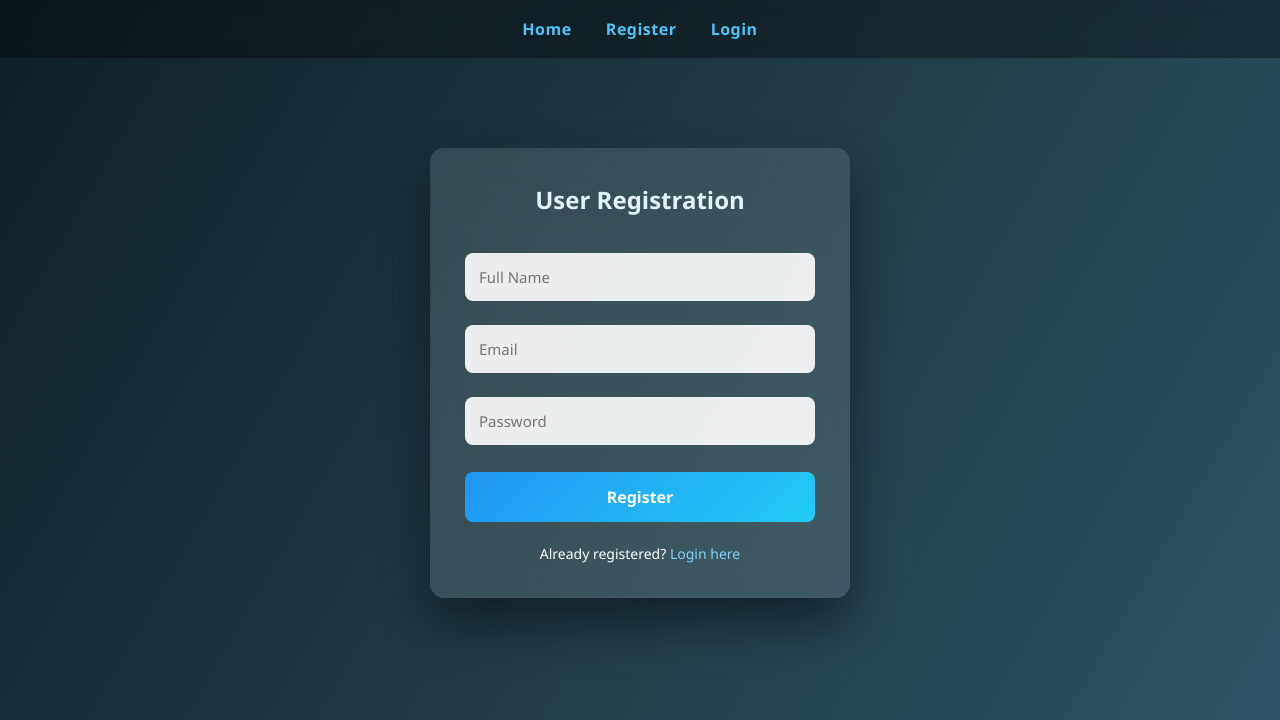
Repository: Sanjaya1822/Campus-Exchange
Page: http://localhost/CampusExchange/register.jsp
These files come from the project's save history. The page is drawn as it stood at one moment and after the next save; the edit follows.
The browser window is 1280 px wide. The pictures show the whole page.
The page is served by Tomcat 9.

Above is the page before, as saved 2026-01-30 17:56:52.

After the next save:
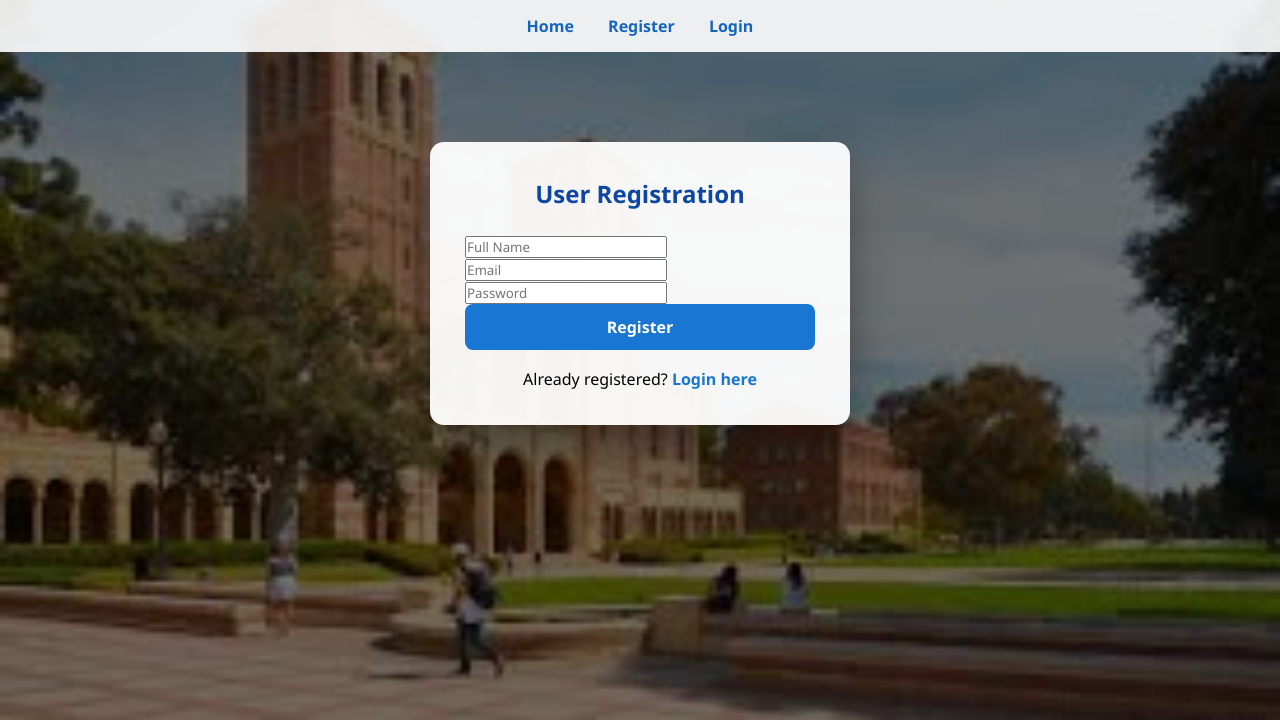
Saved 3 min 55 s later.
--- a/CampusExchange/src/main/webapp/css/style.css
+++ b/CampusExchange/src/main/webapp/css/style.css
@@ -1,110 +1,148 @@
-/* ===== RESET ===== */
+/* ================= RESET ================= */
 * {
     margin: 0;
     padding: 0;
     box-sizing: border-box;
-    font-family: "Segoe UI", Tahoma, sans-serif;
+    font-family: "Segoe UI", Arial, sans-serif;
 }
 
-/* ===== BACKGROUND (DARK GRADIENT) ===== */
+/* ================= BACKGROUND IMAGE + OVERLAY ================= */
 body {
     min-height: 100vh;
-    background: linear-gradient(
-        120deg,
-        #0f2027,
-        #203a43,
-        #2c5364
-    );
-    color: #ffffff;
+    background:
+        linear-gradient(rgba(0, 0, 0, 0.55), rgba(0, 0, 0, 0.55)),
+        url("../images/bg.jpg") no-repeat center center / cover;
+    display: flex;
+    flex-direction: column;
+    align-items: center;
 }
 
-/* ===== NAVBAR ===== */
+/* ================= NAVBAR ================= */
 .navbar {
     width: 100%;
-    padding: 18px;
+    padding: 15px;
     text-align: center;
-    background: rgba(0, 0, 0, 0.35);
-    backdrop-filter: blur(8px);
+    background: rgba(255,255,255,0.9);
+    backdrop-filter: blur(6px);
 }
 
 .navbar a {
-    color: #4fc3f7;
+    margin: 0 15px;
     text-decoration: none;
-    margin: 0 15px;
+    color: #1565c0;
     font-weight: 600;
-    letter-spacing: 0.5px;
 }
 
-.navbar a:hover {
-    color: #ffffff;
+/* ================= FLOATING CARD ================= */
+.container {
+    width: 420px;
+    margin-top: 90px;
+    background: rgba(255,255,255,0.95);
+    padding: 35px;
+    border-radius: 14px;
+    box-shadow: 0 25px 40px rgba(0,0,0,0.35);
+    animation: floatCard 1.2s ease;
 }
 
-/* ===== CONTAINER (GLASS CARD) ===== */
-.container {
-    width: 420px;
-    margin: 90px auto;
-    padding: 35px;
-    background: rgba(255, 255, 255, 0.12);
-    backdrop-filter: blur(15px);
-    border-radius: 14px;
-    box-shadow: 0 25px 50px rgba(0, 0, 0, 0.45);
-    text-align: center;
+/* Floating animation */
+@keyframes floatCard {
+    from {
+        transform: translateY(40px);
+        opacity: 0;
+    }
+    to {
+        transform: translateY(0);
+        opacity: 1;
+    }
 }
 
-/* ===== HEADINGS ===== */
+/* ================= HEADINGS ================= */
 .container h1,
 .container h2 {
+    text-align: center;
     margin-bottom: 25px;
-    font-weight: 600;
-    color: #e3f2fd;
+    color: #0d47a1;
 }
 
-/* ===== INPUTS ===== */
-input {
-    width: 100%;
-    padding: 14px;
-    margin: 12px 0;
-    border-radius: 8px;
-    border: none;
-    outline: none;
-    font-size: 15px;
-    background: rgba(255, 255, 255, 0.9);
+/* ================= INPUT WITH ICON ================= */
+.input-group {
+    position: relative;
+    margin-bottom: 18px;
 }
 
-/* ===== BUTTON ===== */
+.input-group i {
+    position: absolute;
+    top: 50%;
+    left: 12px;
+    transform: translateY(-50%);
+    color: #777;
+    font-size: 16px;
+}
+
+.input-group input {
+    width: 100%;
+    padding: 12px 12px 12px 40px;
+    border-radius: 8px;
+    border: 1px solid #ccc;
+    font-size: 15px;
+}
+
+.input-group input:focus {
+    outline: none;
+    border-color: #1976d2;
+    box-shadow: 0 0 6px rgba(25,118,210,0.4);
+}
+
+/* ================= BUTTON ================= */
 button,
 input[type="submit"] {
     width: 100%;
-    padding: 14px;
-    margin-top: 15px;
+    padding: 12px;
+    background: #1976d2;
+    color: white;
     border: none;
     border-radius: 8px;
-    background: linear-gradient(135deg, #2196f3, #21cbf3);
-    color: #ffffff;
     font-size: 16px;
     font-weight: 600;
     cursor: pointer;
-    transition: transform 0.2s ease, box-shadow 0.2s ease;
+    transition: transform 0.2s ease, background 0.2s ease;
 }
 
 button:hover,
 input[type="submit"]:hover {
+    background: #0d47a1;
     transform: translateY(-2px);
-    box-shadow: 0 8px 20px rgba(33, 203, 243, 0.4);
 }
 
-/* ===== LINKS ===== */
+/* ================= LINKS ================= */
 .link {
-    margin-top: 22px;
-    font-size: 14px;
+    text-align: center;
+    margin-top: 18px;
 }
 
 .link a {
-    color: #81d4fa;
+    color: #1976d2;
     text-decoration: none;
-    font-weight: 500;
+    font-weight: 600;
 }
 
-.link a:hover {
-    text-decoration: underline;
+/* ================= SUCCESS & ERROR MESSAGES ================= */
+.success {
+    background: #e8f5e9;
+    color: #2e7d32;
+    padding: 12px;
+    border-radius: 8px;
+    margin-bottom: 15px;
+    text-align: center;
+    font-weight: 600;
 }
+
+.error {
+    background: #ffebee;
+    color: #c62828;
+    padding: 12px;
+    border-radius: 8px;
+    margin-bottom: 15px;
+    text-align: center;
+    font-weight: 600;
+}
